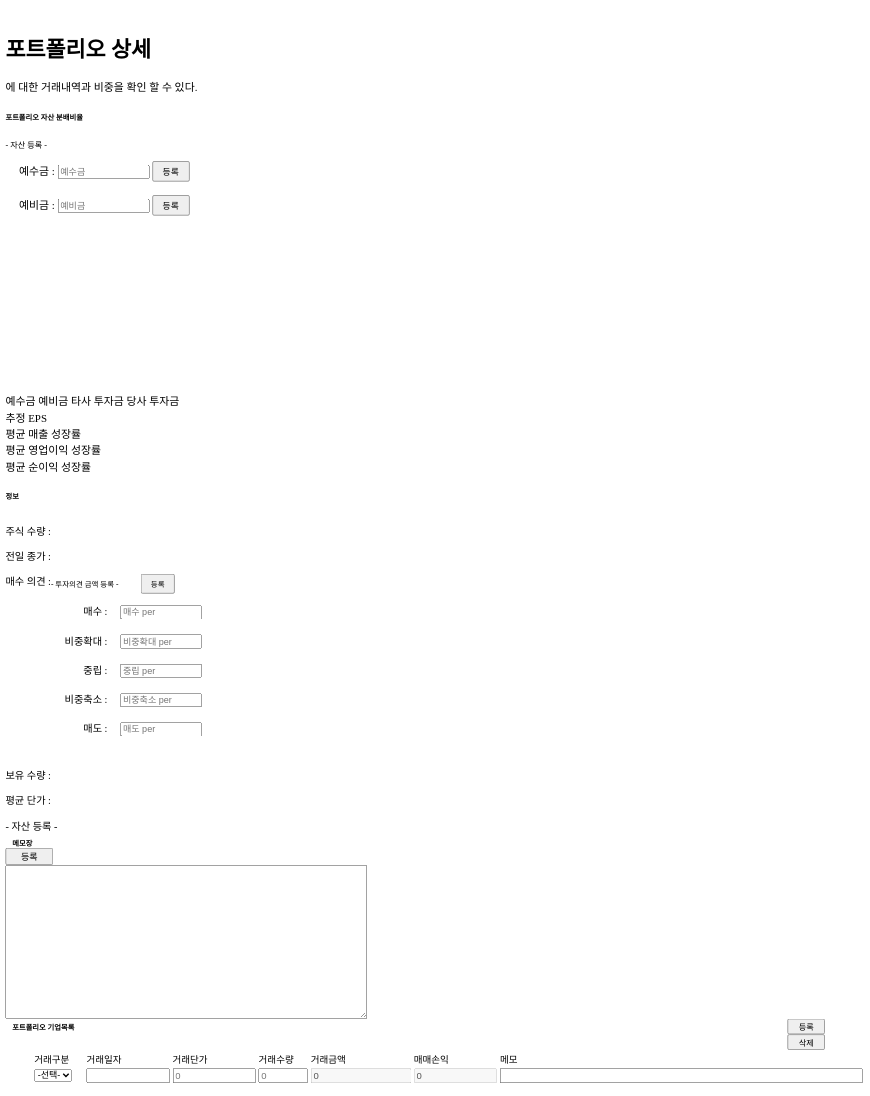
Repository: bangProgram/PJT_Finance
Page: http://localhost/Finance/WEB-INF/views/portfolio/portfolioDetail.jsp
These files come from the project's save history. The page is drawn as it stood at one moment and after the next save; the edit follows.
The browser window is 1280 px wide. The pictures show the whole page, at 68% of full size.
The page is served by Tomcat 9. Nobody is signed in. The template is opened directly, without the code that normally fills it, so the values that code supplies are empty.

Above is the page before, as saved 2022-11-18 02:16:59.

After the next save:
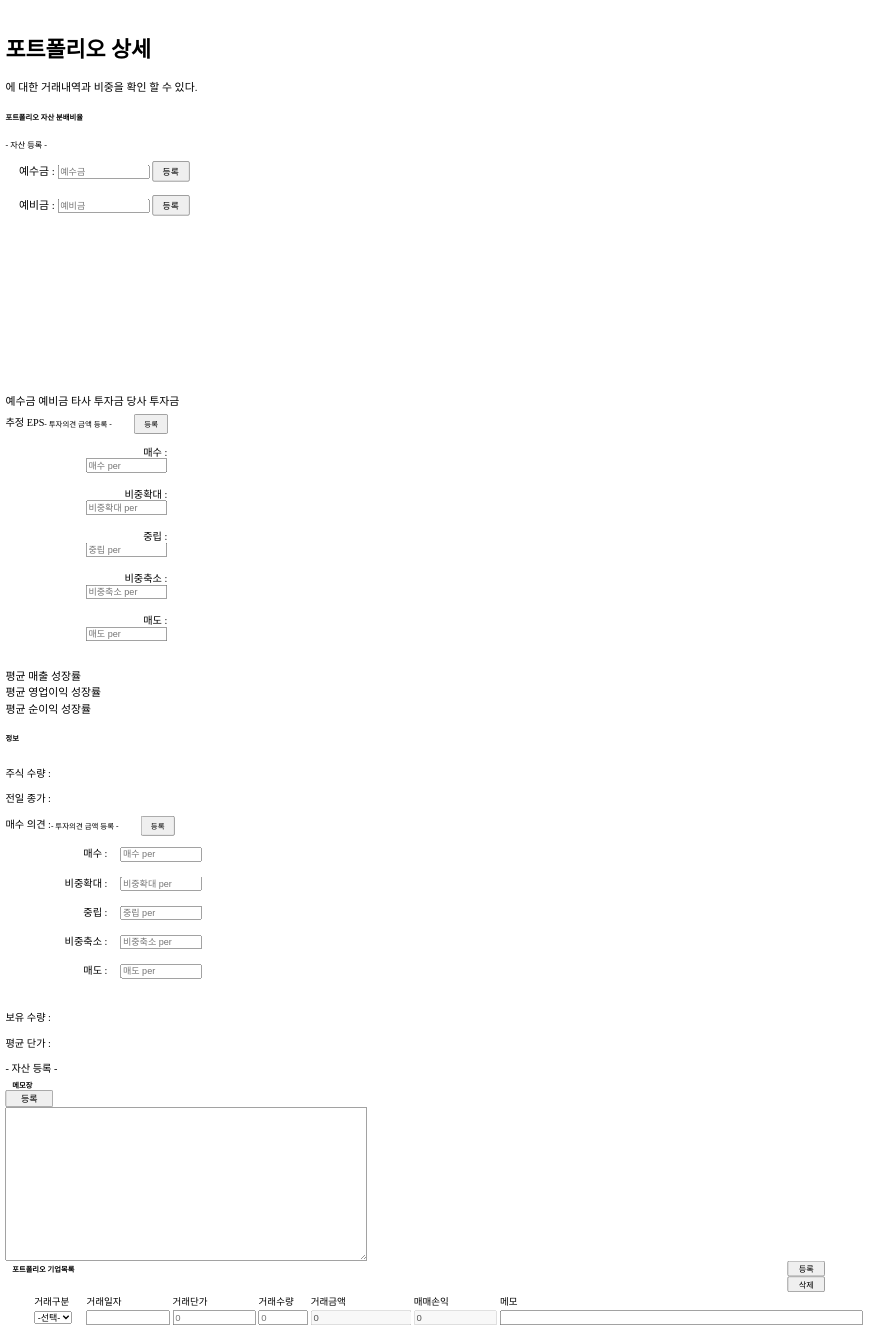
Saved 50 s later.
--- a/Finance/src/main/webapp/WEB-INF/views/portfolio/portfolioDetail.jsp
+++ b/Finance/src/main/webapp/WEB-INF/views/portfolio/portfolioDetail.jsp
@@ -194,8 +194,52 @@
 	            	<div class="card-body">
 	                	<div class="row no-gutters align-items-center">
 	                    	<div class="col mr-2">
-	                        	<div class="text-xs font-weight-bold text-primary text-uppercase mb-1">
-	                              추정 EPS</div>
+	                        	<div class="dropdown-header" style="font-size: 15px; padding: 8px 0px 8px 0px; display: -webkit-inline-box;">
+	                              추정 EPS
+	                              	<div class="dropdown no-arrow" style="right: -45px;">
+			                <a class="dropdown-toggle" href="#" role="button" id="dropdownMenuLink" data-toggle="dropdown" aria-haspopup="true" aria-expanded="false">
+			                    <i class="fas fa-ellipsis-v fa-sm fa-fw text-gray-400"></i>
+			                </a>
+			                <div class="dropdown-menu dropdown-menu-right shadow animated--fade-in" aria-labelledby="dropdownMenuLink">
+			                    <div class="dropdown-header" id="opiAmtDiv" style="font-size: 11px;">
+			                    	- 투자의견 금액 등록 -
+			                    	<button class="btn btn-outline-primary" style="height: 29px; font-size: 11px; width: 50px; margin-left: 30px;" id="btn_DEPOSIT_AMOUNT" onclick="regOpinonAmt(); return false;">
+					                    	등록
+					                </button>
+			                    </div>
+			                    <div class="dropdown-divider"></div>
+			                    <div style="padding: 5px 10px 5px 10px;">
+			                    <form name="opinionForm">
+				                    <div class="dropdown-item" style="padding: 10px 10px 10px 10px; text-align: right;">
+					                    매수 :
+					                    <input type="text" name="OPINION_AMOUNT1" id="OPINION_AMOUNT1" style="width : 120px; margin-left: 15px;" value='<c:out value="${resultData.OPINION_AMOUNT1}"/>' title="예수금" placeholder="매수 per">
+				                    </div>
+				                    <div class="dropdown-divider"></div>
+				                    <div class="dropdown-item" style="padding: 10px 10px 10px 10px;  text-align: right;">
+					                    비중확대 :
+					                    <input type="text" name="OPINION_AMOUNT2" id="OPINION_AMOUNT2" style="width : 120px; margin-left: 15px;" value='<c:out value="${resultData.OPINION_AMOUNT2}"/>' title="예수금" placeholder="비중확대 per">
+				                    </div>
+				                    <div class="dropdown-divider"></div>
+				                    <div class="dropdown-item" style="padding: 10px 10px 10px 10px;  text-align: right;">
+					                    중립 :
+					                    <input type="text" name="OPINION_AMOUNT3" id="OPINION_AMOUNT3" style="width : 120px; margin-left: 15px;" value='<c:out value="${resultData.OPINION_AMOUNT3}"/>' title="예수금" placeholder="중립 per">
+				                    </div>
+				                    <div class="dropdown-divider"></div>
+				                    <div class="dropdown-item" style="padding: 10px 10px 10px 10px;  text-align: right;">
+					                    비중축소 :
+					                    <input type="text" name="OPINION_AMOUNT4" id="OPINION_AMOUNT4" style="width : 120px; margin-left: 15px;" value='<c:out value="${resultData.OPINION_AMOUNT4}"/>' title="예수금" placeholder="비중축소 per">
+				                    </div>
+				                    <div class="dropdown-divider"></div>
+				                    <div class="dropdown-item" style="padding: 10px 10px 10px 10px;  text-align: right;">
+					                    매도 :
+					                    <input type="text" name="OPINION_AMOUNT5" id="OPINION_AMOUNT5" style="width : 120px; margin-left: 15px;" value='<c:out value="${resultData.OPINION_AMOUNT5}"/>' title="예수금" placeholder="매도 per">
+				                    </div>
+				                    <div class="dropdown-divider"></div>
+				                </form>
+			                    </div>
+			                </div>
+		            	</div>
+	                            </div>
 								<div class="h5 mb-0 font-weight-bold text-gray-800"><c:out value=" ${resultData.ESTIMATE_EPS}"/></div>
 	                      	</div>
 	                  	</div>
